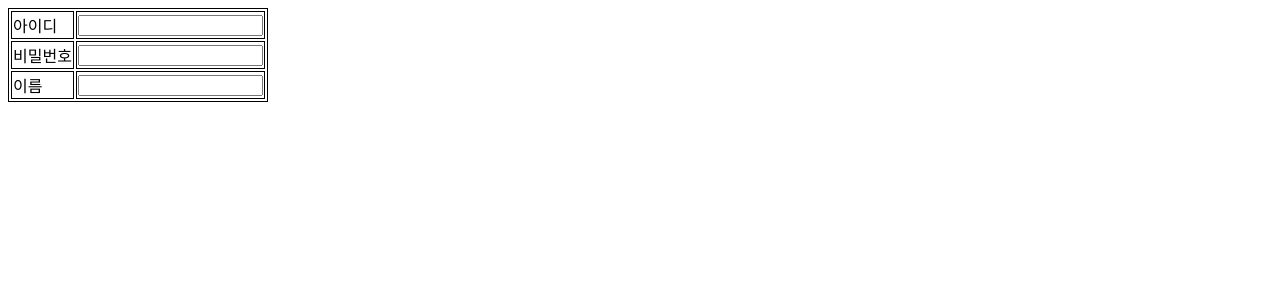
Repository: Gabintree/JDBC2019
Page: http://localhost/Oracle_20190522/chap10_join.jsp
The author's editor kept a copy of each file at every save. The page is drawn from the files as they stood at one save, then again after the next save.
The browser window is 1280 px wide. The pictures show the whole page.
The page is served by Tomcat 9.

Above is the page before, as saved 2019-05-23 06:21:57.

### Oracle_20190522/WebContent/chap10_join.jsp
<%@ page language="java" contentType="text/html; charset=UTF-8"
    pageEncoding="UTF-8"%>
<%@ page import = "java.sql.*" %>

<!DOCTYPE html>
<html>
<head>
<meta charset="UTF-8">
<title>회원가입 신청서</title>
<style>
table, tr, td{
border : 1px solid black;
}
</style>
</head>
<body>
	<form action ="chap10_joined.jsp" method="post">
		<table>
			<tr>
			<td>아이디</td><td><input type ="text" name="id"></td>
			</tr>
			<tr>
			<td>비밀번호</td><td><input type ="password" name="pw"></td>
			</tr>
			<tr>
			<td>이름</td><td><input type ="text" name="name"></td>
			</tr>
		</table>
	</form>
</body>
</html>

After the next save:
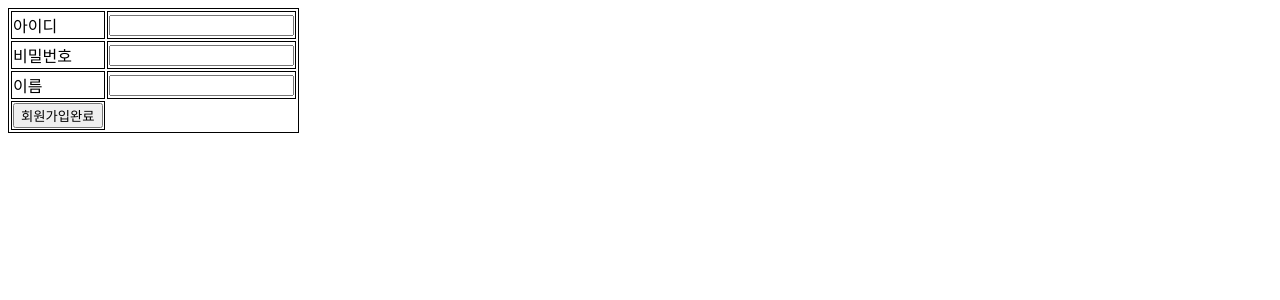
Saved 28 s later.
--- a/Oracle_20190522/WebContent/chap10_join.jsp
+++ b/Oracle_20190522/WebContent/chap10_join.jsp
@@ -25,6 +25,9 @@ border : 1px solid black;
 			<tr>
 			<td>이름</td><td><input type ="text" name="name"></td>
 			</tr>
+			<tr>
+			<td><input type ="submit" value="회원가입완료"></td>
+			</tr>
 		</table>
 	</form>
 </body>
